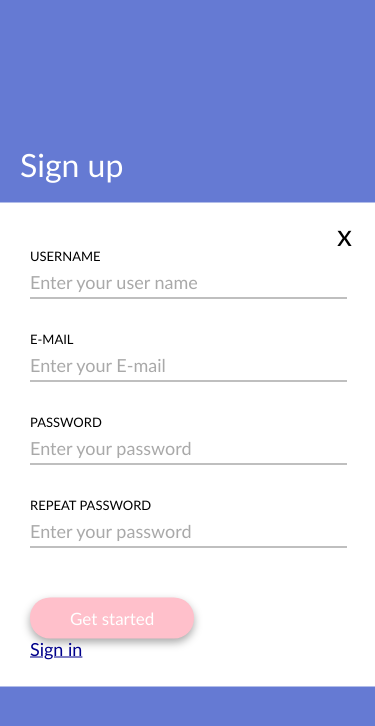
Repository: RugileG/registracijos-forma
Page: index.html
These files come from the project's save history. The page is drawn as it stood at one moment and after the next save; the edit follows.
The browser window is 375 px wide. The pictures show the whole page.

Above is the page before, as saved 2021-05-19 11:16:07.

### index.html
<!DOCTYPE html>
<html lang="en">
<head>
    <meta charset="UTF-8">
    <meta http-equiv="X-UA-Compatible" content="IE=edge">
    <meta name="viewport" content="width=device-width, initial-scale=1.0">
    <title>Registracija</title>
    <style>

        html {
            height: 100%;
        }

        body {
            max-width: 800px;
            min-height: 100%;
            margin: 0 auto;
            position: relative;
            background-color: #657AD3;
            font: normal normal normal 16px/19px Gill Sans MT;
        }

        .container {
            width: 100%;
            position: absolute;
            top: 50%;
            transform: translateY(-50%);
        }

        .left-column, .right-column {
            float:left;
            height: 484px;
        }

        .left-column {
            width: 40%;
            background-color: transparent;
        }

        .right-column {
            width: 60%;
            background-color: #FFFFFF ;
            position: relative;
        }

        .left-column-container {
            display: block;
            height: 424px;
            background-color: red;
            margin-top: 30px;
            background: transparent url('img/mountain.png') 0% 0% no-repeat padding-box;
            background-size: cover;
            padding-left: 40px;
            position:relative;
        }

        .right-column-container {
            padding-left: 60px;
            padding-top: 46px;
            padding-right: 60px;
            padding-bottom: 46px;
        }

        h1 {
            font: normal normal normal 32px/37px Gill Sans MT;
            color: #FFFFFF;
            margin: 0;
            padding-top: 32px;
        }

        .left-column p, .left-column a {
            display: inline-block;
            font: normal normal normal 16px/19px Gill Sans MT;
            color: #FFFFFF;
            margin: 0;
        }

        .right-column p {
            display: inline-block;
            font: normal normal normal 18px/21px Gill Sans MT;
            color: #000000;
            margin: 0;
            padding-left: 14px ;
        }

        .right-column a {
            display: inline-block;
            font: normal normal normal 18px/21px Gill Sans MT;
            color: #00008B;
            padding-left: 24px ;
            margin: 0;
        }

        .links {
            position: absolute;
            bottom: 25px;
        }

        label {
            display:block;
            font: normal normal normal 13px/15px Gill Sans MT;
            color: #000000;
            padding-bottom:12px;
        }


        .input {
            margin-bottom: 33px;
        }

        input {
            display: block;
            border: none;
            width: 100%;
            padding-left: 0;
            padding-bottom: 6px;
            border-bottom: 1px solid #808080;
        }

        input:focus {
            border: none;
            outline: none;
            border-bottom: 1px solid #808080;
        }

        ::-webkit-input-placeholder {
            font: normal normal normal 18px/21px Gill Sans MT;
            color: #A9A9A9;
        }

        .btn {
            font: normal normal normal 18px/21px Gill Sans MT;
            color: #FFFFFF;
            background-color: #FFC0CB;
            border-radius: 20px;
            padding-left: 40px;
            padding-right:40px;
            padding-top: 10px;
            padding-bottom: 10px;
            border: none;
            box-shadow: 0 4px 8px darkgray;
        }

        .btn:hover {
            cursor:pointer;
            box-shadow: 0 4px 8px grey;
        }

        .close {
            font: normal normal normal 30px/35px Gill Sans MT;
            color: #000000;
            position:absolute;
            top: 14px;
            right: 23px;
        }

        .close:hover {
            color:#00008B;
        }

        @media screen and (max-width: 664px) {
            .left-column-container {
                height: 100%;
                padding-left: 20px;
                margin-top: 0;
            }

            .right-column-container {
                padding-left: 30px;
                padding-right: 30px;
            }

            .right-column-bottom-action {
                margin-top:50px;
            }

            .links {
                bottom: 45px;
            }
            .or {
                display:none !important;
            }
        }

        @media (max-width:500px) and (min-width:368px) {
            .right-column a {
                display: block;
                padding-left: 0;
            }

            .btn {
                font-size: 17px;
            }

            .left-column, .right-column {
                width:100%
            }

            .left-column {
                height: auto;
            }

            .links {
                display:none;
            }

            .left-column-container {
                background: none;
            }

            h1 {
                padding-bottom:20px;
            }
        }


    </style>
</head>
<body>
    <div class='container'>
        <div class='left-column'>
            <div class='left-column-container'>
                <h1>Sign up</h1>

                <div class='links'>
                    <a href='#'>Privacy policy</a>
                    <p>&</p>
                    <a href='#'>terms of service</a>
                </div>
            </div>
        </div>
        <div class='right-column'>
            <div class='right-column-container'>
                <span class='close'>x</span>
                <div class='input'>
                    <label for='username'>USERNAME</label>
                    <input placeholder='Enter your user name' type='text' id='username' name='username' />
                </div>
                <div class='input'>
                    <label for='email'>E-MAIL</label>
                    <input placeholder='Enter your E-mail' type='text' id='email' name='email' />
                </div>
                <div class='input'>
                    <label for='password'>PASSWORD</label>
                    <input placeholder='Enter your password' type='text' id='password' name='password' />
                </div>
                <div class='input'>
                    <label for='repeat_password'>REPEAT PASSWORD</label>
                    <input placeholder='Enter your password' type='text' id='repeat_password' name='repeat_password' />
                </div>

                <div class='right-column-bottom-action'>
                    <button class='btn'>Get started</button>
                    <p class='or'>or</p>
                    <a href='#'>Sign in</a>
                </div>
            </div>
        </div>
    </div>
</body>
</html>

After the next save:
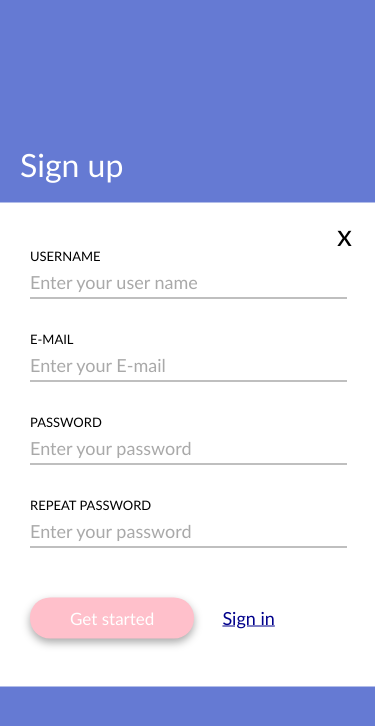
Saved 45 s later.
--- a/index.html
+++ b/index.html
@@ -183,10 +183,7 @@
         }
 
         @media (max-width:500px) and (min-width:368px) {
-            .right-column a {
-                display: block;
-                padding-left: 0;
-            }
+
 
             .btn {
                 font-size: 17px;
